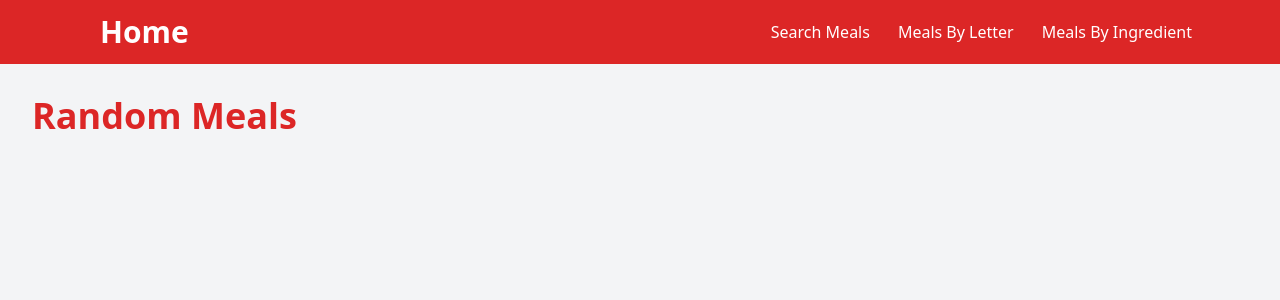
Repository: HalemX/meals
Page: /
An editor plug-in stored every save of this project. The page is shown before and after the next save, followed by the edit.
The browser window is 1280 px wide. The pictures show the whole page.
The page's requests for data from a server got no answer. The project was rebuilt for these pictures with package versions that can differ from the ones it lists, and the page was loaded fresh each time. No one was signed in, and anything a server would have sent is missing. Also part of the build but not shown: vite.config.js, src/components/ui/BaseButtons.vue, src/components/layout/GuestLayout.vue, src/pages/meals/MealsByIngredient.vue, src/pages/meals/MealsByLetters.vue, src/pages/meals/MealsByName.vue, src/components/meals_components/MealDetails.vue, src/pages/meals/AllIngredients.vue.

Above is the page before, as saved 2024-02-12 17:29:28.

### index.html
<!DOCTYPE html>
<html lang="en">
  <head>
    <meta charset="UTF-8" />
    <link rel="icon" type="image/svg+xml" href="/vite.svg" />
    <meta name="viewport" content="width=device-width, initial-scale=1.0" />
    <title>Vite + Vue</title>
  </head>
  <body class="bg-gray-100 h-full">
    <div id="app"></div>
    <script type="module" src="/src/main.js"></script>
  </body>
</html>

### src/main.js
import { createApp } from "vue";

import router from "./router";
import store from "./store";
import "./style.css";

import App from "./App.vue";

const app = createApp(App);
app.use(router);
app.use(store);

app.mount("#app");

### src/router/index.js
import { createRouter, createWebHistory } from "vue-router";

import HomePage from "../pages/home/HomePage.vue";

import DefaultLayout from "../components/layout/DefaultLayout.vue";
import GuestLayout from "../components/layout/GuestLayout.vue";

import MealsByIngredient from "../pages/meals/MealsByIngredient.vue";
import MealsByLetters from "../pages/meals/MealsByLetters.vue";
import MealsByName from "../pages/meals/MealsByName.vue";
import MealDetails from "../components/meals_components/MealDetails.vue";
import AllIngredients from "../pages/meals/AllIngredients.vue";

const routes = [
  {
    path: "/",
    component: DefaultLayout,
    children: [
      {
        path: "/",
        name: "home",
        component: HomePage,
      },
      {
        path: "/by-letter/:letter?",
        name: "byLetter",
        component: MealsByLetters,
      },
      {
        path: "/by-name/:name?",
        name: "byName",
        component: MealsByName,
      },
      {
        path: "/ingredients",
        name: "ingredients",
        component: AllIngredients,
      },
      {
        path: "/by-ingredient/:ingredient",
        name: "byIngredient",
        component: MealsByIngredient,
      },
      {
        path: "/meal/:id",
        name: "mealDetails",
        component: MealDetails,
      },
    ],
  },
  {
    path: "/guest",
    component: GuestLayout,
    children: [],
  },
];

const router = createRouter({
  history: createWebHistory(),
  routes,
});

export default router;

### src/store/index.js
import { createStore } from "vuex";

import mealsModule from "./modules/meals/index";

const store = createStore({
  modules: {
    mealsModule,
  },
});

export default store;

### src/App.vue
<template>
  <router-view v-slot="slotProps">
    <transition name="route" mode="out-in">
      <component :is="slotProps.Component"></component>
    </transition>
  </router-view>
</template>

<style scoped>
.route-enter-from {
  opacity: 0;
  transform: translateY(-30px);
}
.route-leave-to {
  opacity: 0;
  transform: translateY(30px);
}
.route-enter-active {
  transition: all 0.4s ease-out;
}
.route-enter-active {
  transition: all 0.4s ease-in;
}
.route-enter-to,
.route-leave-from {
  opacity: 1;
  transform: translateY(0);
}
</style>

### src/pages/home/HomePage.vue
<template>
  <div>
    <div class="p-8 pb-0 text-[#dc2626]">
      <h1 class="text-4xl font-bold mb-4">Random Meals</h1>
    </div>
    <meals-item :meals="meals"></meals-item>
  </div>
</template>

<script>
import { onMounted, ref } from "vue";
import axiosClient from "../../axiosClient";

import MealsItem from "../../components/meals_components/MealsItem.vue";

export default {
  components: {
    MealsItem,
  },
  setup() {
    const meals = ref([]);

    onMounted(async () => {
      for (let i = 0; i < 10; i++) {
        axiosClient
          .get(`random.php`)
          .then(({ data }) => meals.value.push(data.meals[0]));
      }
    });

    return { meals };
  },
};
</script>

### src/components/layout/DefaultLayout.vue
<template>
  <div>
    <navbar />
    <main>
      <router-view v-slot="slotProps">
        <transition name="route" mode="out-in">
          <component :is="slotProps.Component"></component>
        </transition>
      </router-view>
    </main>
  </div>
</template>

<script>
import Navbar from "./Navbar.vue";
export default {
  components: {
    Navbar,
  },
};
</script>

<style>
.route-enter-from {
  opacity: 0;
  transform: translateY(-30px);
}
.route-leave-to {
  opacity: 0;
  transform: translateY(30px);
}
.route-enter-active {
  transition: all 0.4s ease-out;
}
.route-enter-active {
  transition: all 0.4s ease-in;
}
.route-enter-to,
.route-leave-from {
  opacity: 1;
  transform: translateY(0);
}
</style>

### src/store/modules/meals/index.js
import mutations from "./mutations";
import actions from "./actions";
import getters from "./getters";

export default {
  state() {
    return {
      searchMealsByName: [],
      searchMealsByLetter: [],
      searchMealsByIng: [],
    };
  },
  mutations,
  actions,
  getters,
};

### src/axiosClient.js
import axios from "axios";

const axiosClient = axios.create({
  baseURL: import.meta.env.VITE_API_BASE_URL,
});

export default axiosClient;

### src/components/meals_components/MealsItem.vue
<template>
  <div class="grid grid-cols-1 md:grid-cols-3 gap-5 p-8">
    <div
      v-for="meal of meals"
      :key="meal.idMeal"
      class="bg-white shadow rounded-xl hover:scale-105 transition-all"
    >
      <router-link :to="{ name: 'mealDetails', params: { id: meal.idMeal } }">
        <img
          :src="meal.strMealThumb"
          :alt="meal.strMeal"
          class="rounded-t-xl w-full h-48 object-cover"
        />
      </router-link>
      <div class="p-3">
        <h3 class="font-bold">{{ meal.strMeal }}</h3>
        <p class="mb-4">
          Lorem ipsum dolor sit, amet consectetur adipisicing elit. Repellendus
          dicta saepe.
        </p>
      </div>
      <div class="flex items-center justify-between">
        <base-buttons :href="meal.strYoutube"></base-buttons>
      </div>
    </div>
  </div>
</template>

<script>
import BaseButtons from "../ui/BaseButtons.vue";

export default {
  components: {
    BaseButtons,
  },
  props: ["meals"],
};
</script>

### src/components/layout/Navbar.vue
<template>
  <div class="bg-[#dc2626]">
    <header
      class="text-white shadow h-16 flex justify-between items-stretch bg-[#dc2626] md:mx-20"
    >
      <router-link
        class="text-3xl inline-flex items-center h-full px-5 font-bold"
        :to="{ name: 'home' }"
        >Home</router-link
      >
      <div class="flex items-center gap-3">
        <router-link
          class="inline-flex items-center px-2 h-full transition-colors hover:bg-[#ef4444]"
          :to="{ name: 'byName' }"
          >Search Meals</router-link
        >
        <router-link
          class="inline-flex items-center px-2 h-full transition-colors hover:bg-[#f87171]"
          :to="{ name: 'byLetter' }"
          >Meals By Letter</router-link
        >
        <router-link
          class="inline-flex items-center px-2 h-full transition-colors hover:bg-[#f87171]"
          :to="{ name: 'ingredients' }"
          >Meals By Ingredient</router-link
        >
      </div>
    </header>
  </div>
</template>

<script>
export default {};
</script>

<style scoped>
header {
  box-shadow: none !important;
}
</style>

### src/store/modules/meals/mutations.js
export default {
  setSearchMealsByName(state, meals) {
    state.searchMealsByName = meals;
  },
  setSearchMealsByLetter(state, meals) {
    state.searchMealsByLetter = meals;
  },
  setSearchMealsByIng(state, meals) {
    state.searchMealsByIng = meals;
  },
};

### src/store/modules/meals/actions.js
import axiosClient from "../../../axiosClient";

export default {
  async searchMealsByName(context, enterName) {
    const response = await axiosClient.get(`search.php?s=${enterName}`);

    const responseData = await response.data;

    context.commit("setSearchMealsByName", responseData.meals);
  },

  async searchMealsLetter(context, letter) {
    const response = await axiosClient.get(`search.php?f=${letter}`);

    const responseData = await response.data;

    context.commit("setSearchMealsByLetter", responseData.meals);
  },

  async searchMealsByIng(context, enterIng) {
    const response = await axiosClient.get(`filter.php?i=${enterIng}`);

    const responseData = await response.data;

    context.commit("setSearchMealsByIng", responseData.meals);
  },

  //   async fetchMeals(context) {
  //     const response = await fetch(
  //       "https://www.themealdb.com/api/json/v1/1/search.php?s=Arrabiata"
  //     );
  //     const responseData = await response.json();
  //     if (!response.ok) {
  //       const error = new Error(responseData.message || "Failed to fetch Meals");
  //       throw error;
  //     }
  //     // console.log(responseData.meals);
  //     // const meals = [];
  //     // for (const key in responseData) {
  //     //   const request = {
  //     //     id: key,
  //     //     coachId: coachId,
  //     //     userEmail: responseData[key].userEmail,
  //     //     message: responseData[key].message,
  //     //   };
  //     //   requests.push(request);
  //     // }
  //     context.commit("setMeals", responseData.meals.slice(0, 5));
  //   },
};

### src/store/modules/meals/getters.js
export default {
  getSearchMealsByName(state) {
    return state.searchMealsByName;
  },
  getSearchMealsByLetter(state) {
    return state.searchMealsByLetter;
  },
  getSearchMealsByIng(state) {
    return state.searchMealsByIng;
  },
};

### tailwind.config.js
/** @type {import('tailwindcss').Config} */
export default {
  content: ["./index.html", "./src/**/*.{vue,js,ts,jsx,tsx}"],
  theme: {
    extend: {},
  },
  plugins: [
    require("@tailwindcss/forms"),
    // ...
  ],
};

Loaded but not shown: src/style.css (common file)

After the next save:
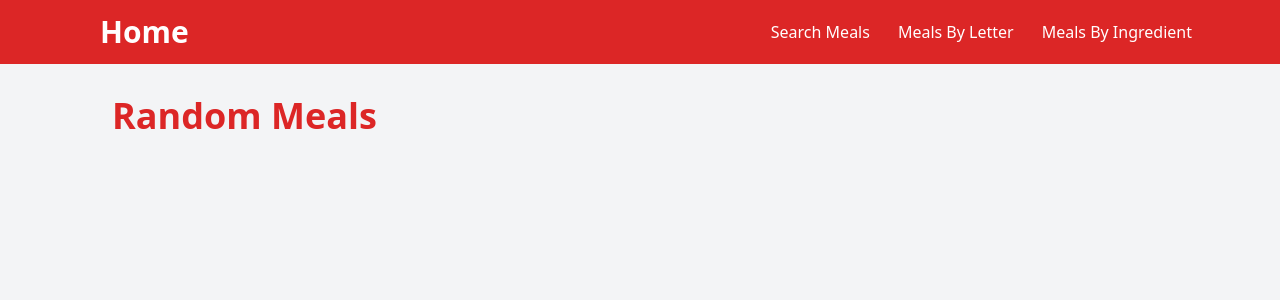
Saved 34 s later.
--- a/src/pages/home/HomePage.vue
+++ b/src/pages/home/HomePage.vue
@@ -1,5 +1,5 @@
 <template>
-  <div>
+  <div class="lg:mx-20">
     <div class="p-8 pb-0 text-[#dc2626]">
       <h1 class="text-4xl font-bold mb-4">Random Meals</h1>
     </div>
